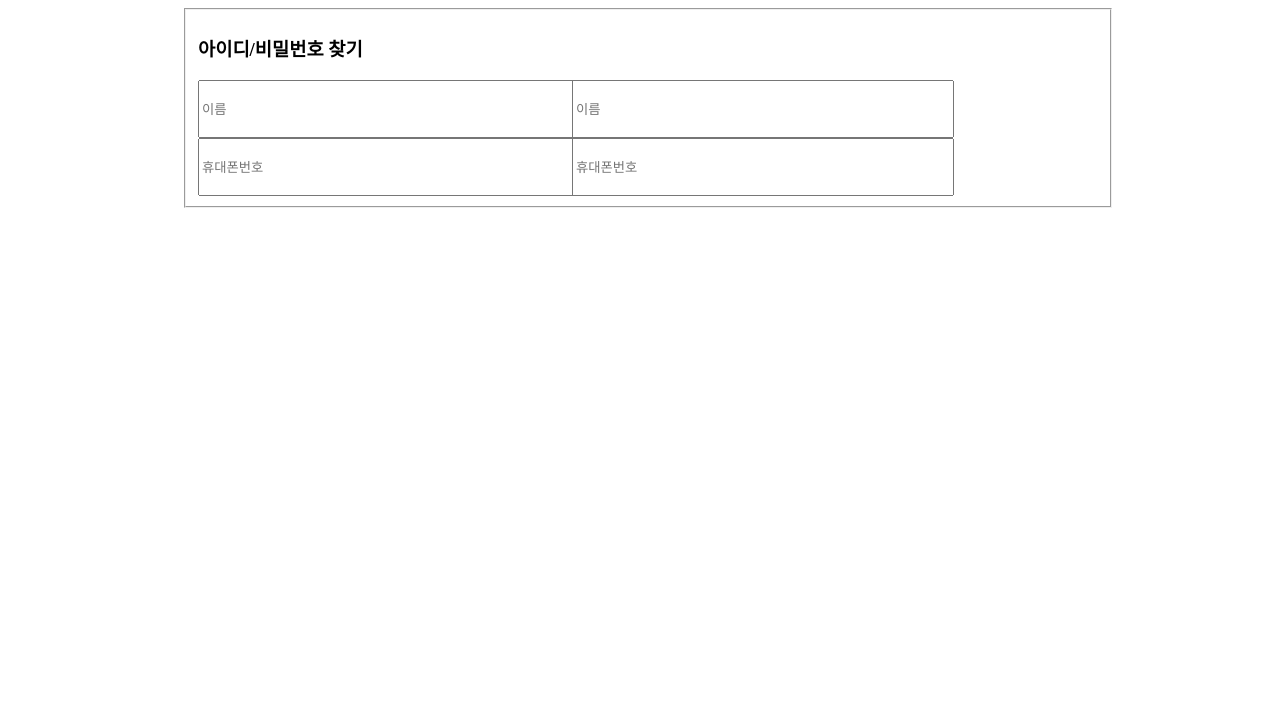
Repository: agheha/trillion
Page: YH/study_project/html/find.html
An editor plug-in stored every save of this project. The page is shown before and after the next save, followed by the edit.
The browser window is 1280 px wide. The page is 1288 px wide, so the pictures cover 1288 px, including what lies to the right of the window. The pictures show the whole page.

Above is the page before, as saved 2019-09-04 19:07:57.

After the next save:
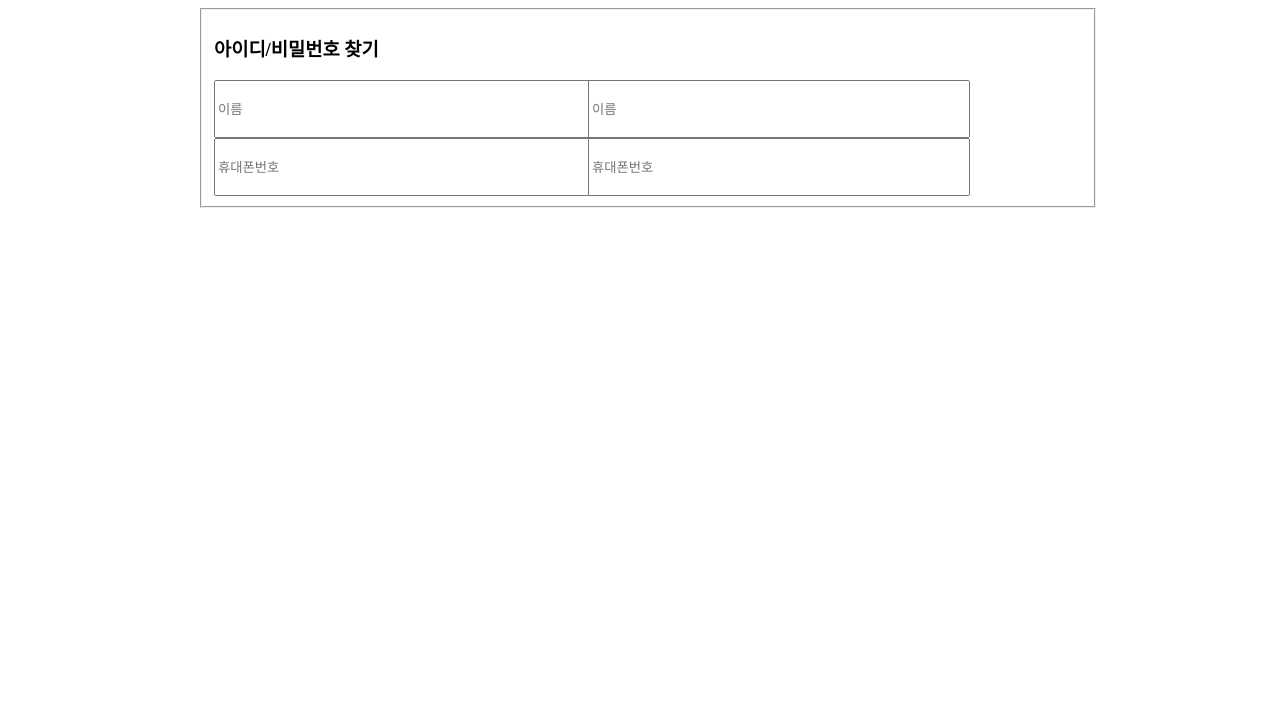
Saved 20 s later.
--- a/YH/study_project/css/find.css
+++ b/YH/study_project/css/find.css
@@ -2,7 +2,7 @@ html,body {
     width: 100%;
     height: 100%;
 }
-fieldset {
+section {
     width : 900px;
     margin : 0 auto;
 
